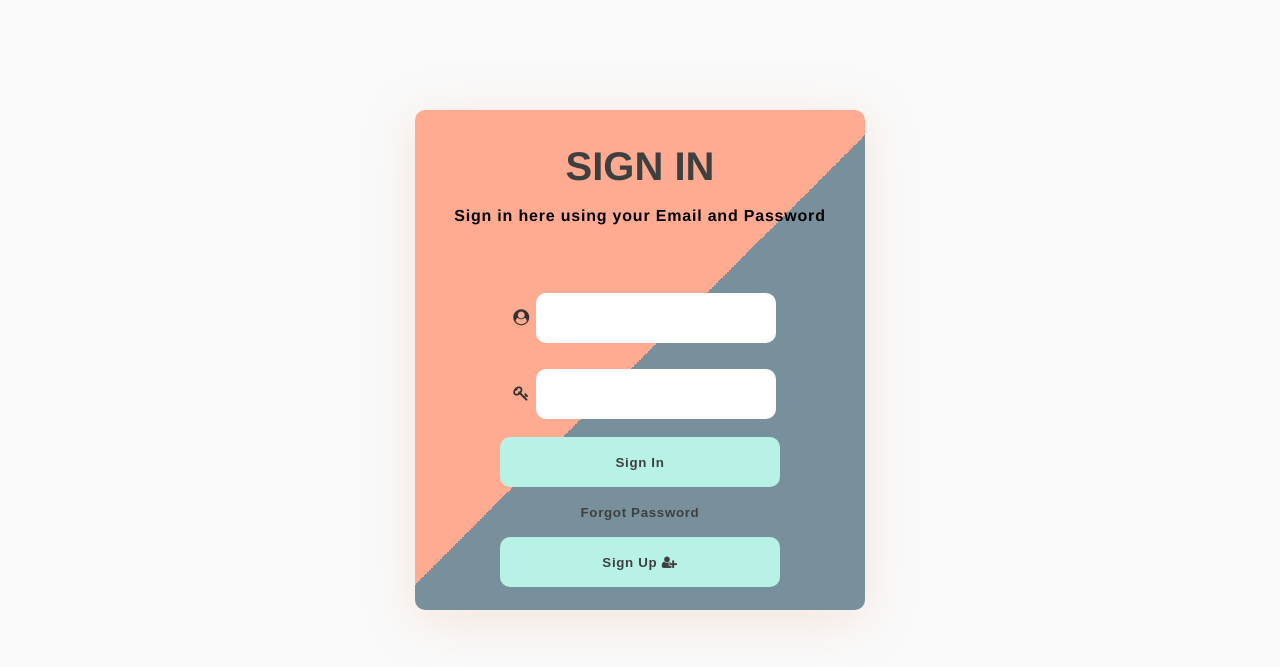
Repository: DhanushPrabha22/Zoho-Mini-Project
Page: http://localhost/ToDo_List/
The author's editor kept a copy of each file at every save. The page is drawn from the files as they stood at one save, then again after the next save.
The browser window is 1280 px wide. The pictures show the whole page.
Some web libraries are served in a nearby version. The page is served by Tomcat 9. Other server files are loaded and not shown.

Above is the page before, as saved 2021-03-17 06:02:28.

### Todo Eclipse/ToDo_List/WebContent/sign_in.jsp
<!--

index.jsp

java version "1.8.0_45"

Created By Dhanush L

-->

<%@taglib uri="http://struts.apache.org/tags-html" prefix="html"%>

<!DOCTYPE html>
<html>
<head>
	<title>Sign in for your Tasks</title>
	<link rel="stylesheet" type="text/css" href="styles/sign_in.css" />
	<link rel="stylesheet" href="https://cdnjs.cloudflare.com/ajax/libs/font-awesome/4.7.0/css/font-awesome.min.css">
	<script src="https://ajax.googleapis.com/ajax/libs/jquery/2.1.1/jquery.min.js"></script>
	<script src="scripts/sign_in.js"></script>
</head>
<body>
	<div class="main-div">
		<!--   con = Container  for items in the form-->
		<div class="con">
			<!--     Start  header Content  -->
			<header class="head-form">
				<h2>SIGN IN</h2>
				<!--     A welcome message or an explanation of the login form -->
				<br>
				<p><b>Sign in here using your Email and Password</b></p>
			</header>
			<br>
			<div class="field-set">
				<html:form action="signingin" method="post">
					<!--user name -->
					<html:errors property="email_e"/><br>
					<span class="input-item"><i class="fa fa-user-circle"></i></span>
					<html:text styleClass="form-input" property="email"/><br>
					<!--Password -->
					<html:errors property="password_e"/><br>
					<span class="input-item"><i class="fa fa-key"></i></span>
					<html:password styleClass="form-input" property="password"/>
					<br><br>
					<html:submit styleClass="sign-up button" value="Sign In"/>
				</html:form>
				<!--   other buttons -->
				<div class="other">
					<!--      Forgot Password button-->
					<button class="button frgt-pass" onclick="frogotPwd()">Forgot Password</button>
					<!--     Sign Up button -->
					<button class="button sign-up" onclick="create_account()">Sign Up
					<!--         Sign Up font icon -->
					<i class="fa fa-user-plus" aria-hidden="true"></i>
					</button>
					<!--      End Other the Division -->
				</div>
			</div>
		<!--   End Container  -->
		</div>
	<!-- End Form -->
	</div>
</body>
</html>

### Todo Eclipse/ToDo_List/WebContent/styles/sign_in.css

* {
    padding: 0;
    margin: 0;
    box-sizing: border-box;
}

body {
  font-family: Helvetica, san-serif;
  overflow-x: hidden;
  overflow-y: hidden;
  background-color: #fafafa;
}

.main-div{
	box-shadow: 0 9px 50px hsla(20, 67%, 75%, 0.31);
	position: absolute;
	margin: auto;
  	top: 0;
  	right: 0;
  	bottom: 0;
  	left: 0;
	width: 450px;
	background-image: linear-gradient(-225deg, #FFAB91 50%, #78909C 50%);
    height: 500px;
	text-align:center;
    border-radius: 10px;
    padding: 2%;
}

.field-set{
	margin-top: -15px;
}



/* the header form form */
header {
    margin: 2% auto 10% auto;
    text-align: center;
}
/* Login title form form */
header h2 {
    font-size: 250%;
    color: #3e403f;
}
/*  A welcome message or an explanation of the login form */
header p {letter-spacing: 0.05em;}


.input-item {
    background: transparent;
    color: #333;
    padding: 14.5px 0px 15px 9px;
    margin-right: 2px;
}


/* inputs form  */
.form-input{
    width: 240px;
    height: 50px;
    margin-top: 2%;
    padding: 15px;
    font-size: 16px;
    font-family: 'Abel', sans-serif;
    color: #5E6472;
    outline: none;
    border: none;
    border-radius: 10px;
    transition: 0.2s linear;

}

.form-input:focus {
    transform: translateX(-2px);
    border-radius: 5px;
}


.button {
    display: inline-block;
    color: #3e403f;

    width: 280px;
    height: 50px;

    padding: 0 20px;
    background: #fff;
    border-radius: 10px;

    outline: none;
    border: none;

    cursor: pointer;
    text-align: center;
    transition: all 0.2s linear;
    font-weight: bold;
    margin: 0 auto;
    letter-spacing: 0.05em;
}
/* Submits */
.submits {
    width: 48%;
    display: inline-block;
    float: left;
    margin-left: 2%;
}

/* Forgot Password button FAF3DD  */
.frgt-pass {background: transparent;}

/*     Sign Up button  */
.sign-up {background: #B8F2E6;}


/* buttons hover */
.button:hover {
    transform: translatey(3px);
    box-shadow: none;
}

/* buttons hover Animation */
.button:hover {
    animation: ani9 0.4s ease-in-out infinite alternate;
}
@keyframes ani9 {
    0% {
        transform: translateY(3px);
    }
    100% {
        transform: translateY(5px);
    }
}

Loaded but not shown: Todo Eclipse/ToDo_List/WebContent/scripts/sign_in.js (no copy from this time; the picture is the same without it)

After the next save:
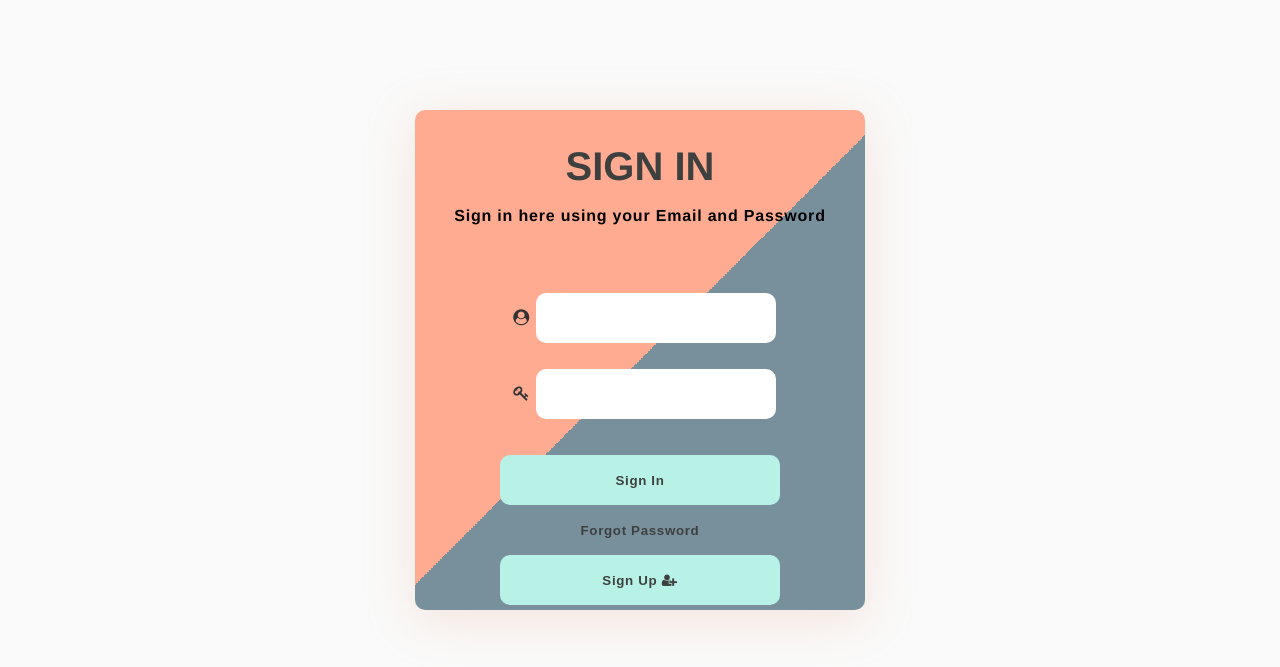
Saved 15 s later.
--- a/Todo Eclipse/ToDo_List/WebContent/sign_in.jsp
+++ b/Todo Eclipse/ToDo_List/WebContent/sign_in.jsp
@@ -41,7 +41,7 @@ Created By Dhanush L
 					<html:errors property="password_e"/><br>
 					<span class="input-item"><i class="fa fa-key"></i></span>
 					<html:password styleClass="form-input" property="password"/>
-					<br><br>
+					<br><br><br>
 					<html:submit styleClass="sign-up button" value="Sign In"/>
 				</html:form>
 				<!--   other buttons -->
